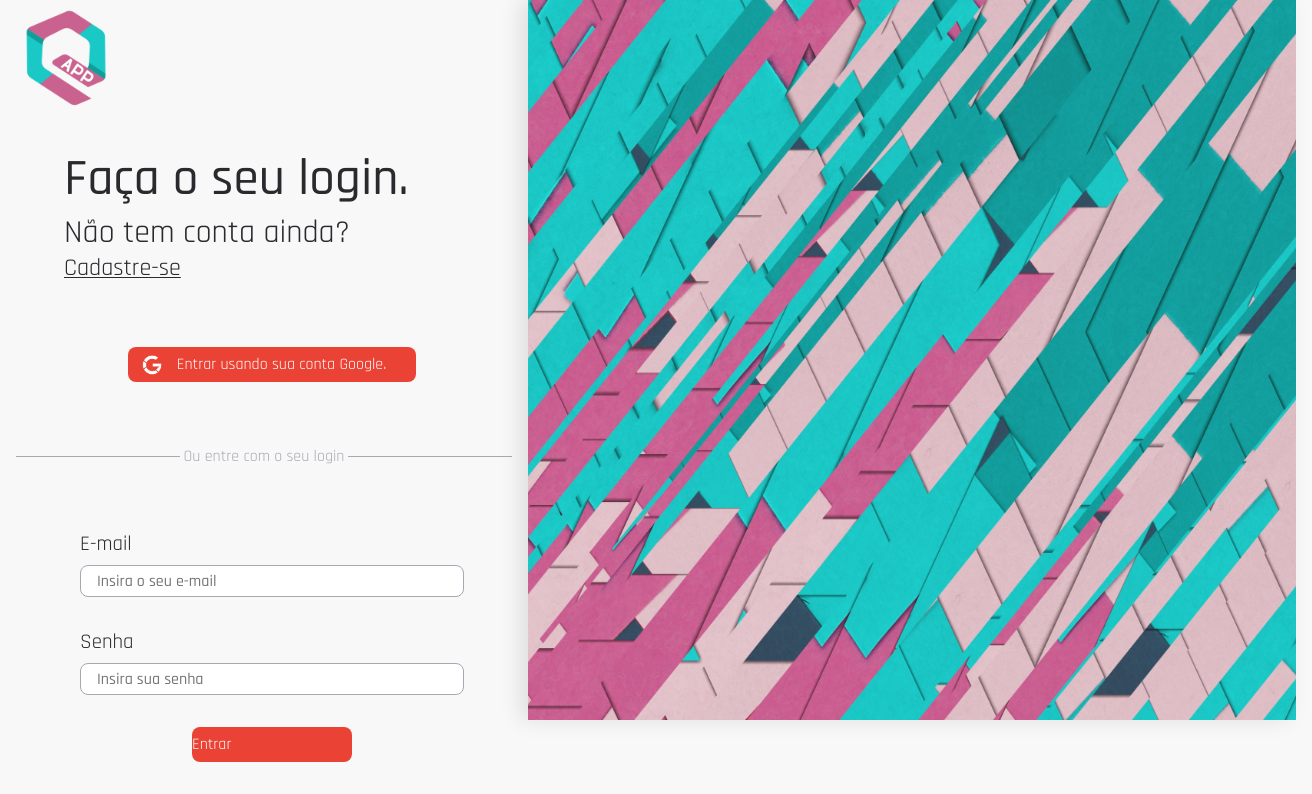
Repository: kika-cavalher/qapp-web
Page: /
These files come from the project's save history. The page is drawn as it stood at one moment and after the next save; the edit follows.
The browser window is 1280 px wide. The page is 1312 px wide, so the pictures cover 1312 px, including what lies to the right of the window. The pictures show the whole page.
The page's requests for data from a server got no answer. The project was rebuilt for these pictures with package versions that can differ from the ones it lists, and the page was loaded fresh each time. No one was signed in, and anything a server would have sent is missing.

Above is the page before, as saved 2022-02-23 20:36:16.

After the next save:
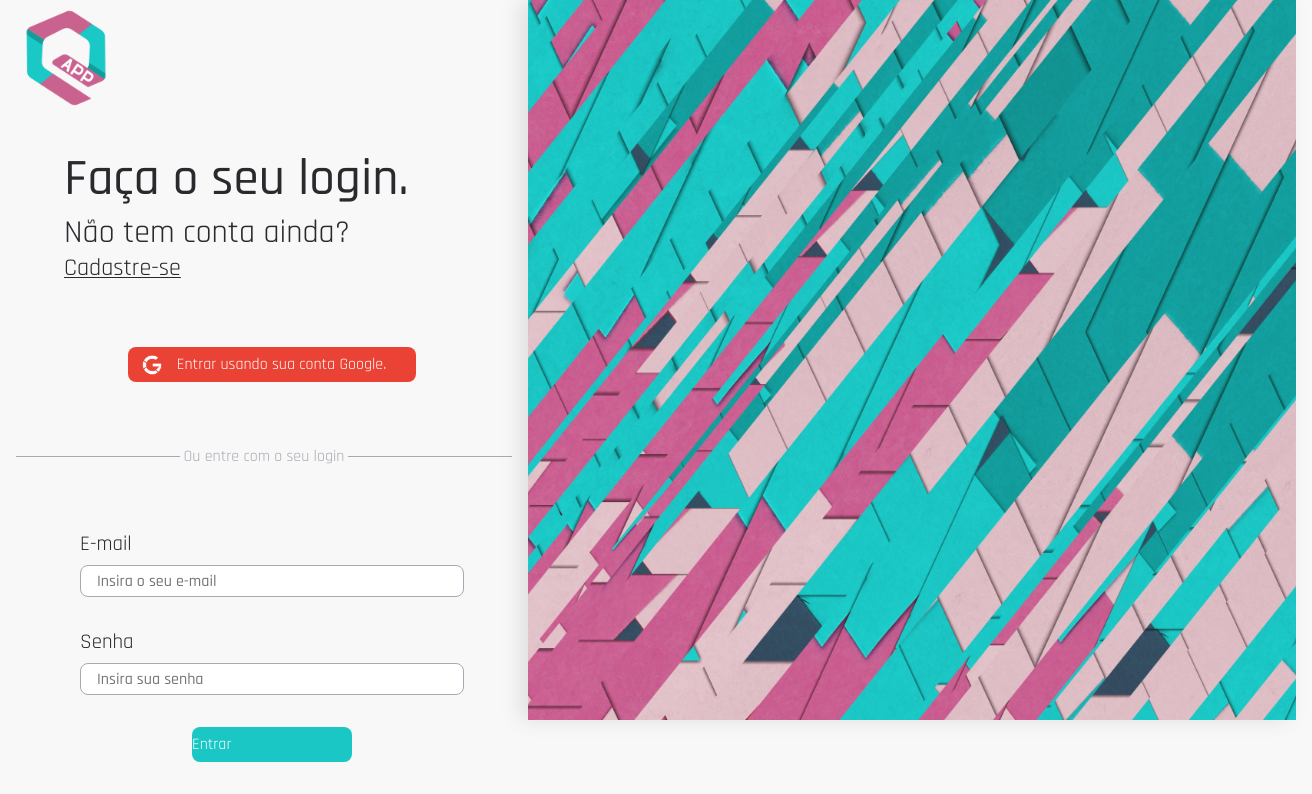
Saved 24 s later.
--- a/src/styles/pages/login.scss
+++ b/src/styles/pages/login.scss
@@ -180,7 +180,7 @@ main{
     width: 100%;
     height: 35px;
     align-items: center;
-    background: #ea4335;
+    background: #1ac7c5;
     color: #FFF;
     border-radius: 8px;
     cursor: pointer;
